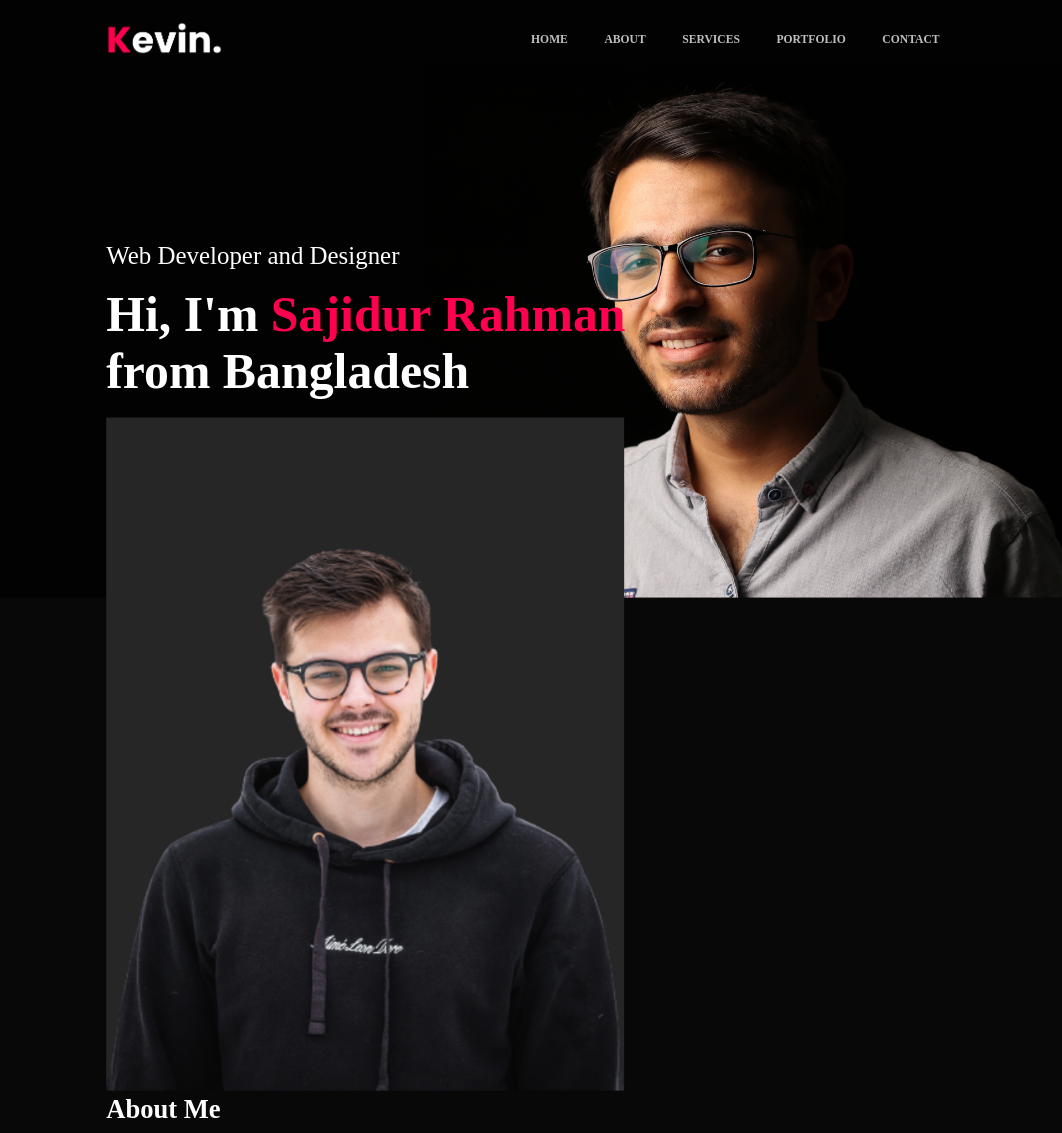
Repository: devsajid/Portfolio-website-with-HTML-CSS-JS
Page: index.html
An editor plug-in stored every save of this project. The page is shown before and after a run of saves, followed by the edit.
The browser window is 1280 px wide. The pictures show the whole page, at 83% of full size.

Above is the page before, as saved 2022-12-11 05:04:20.

After the next 8 saves:
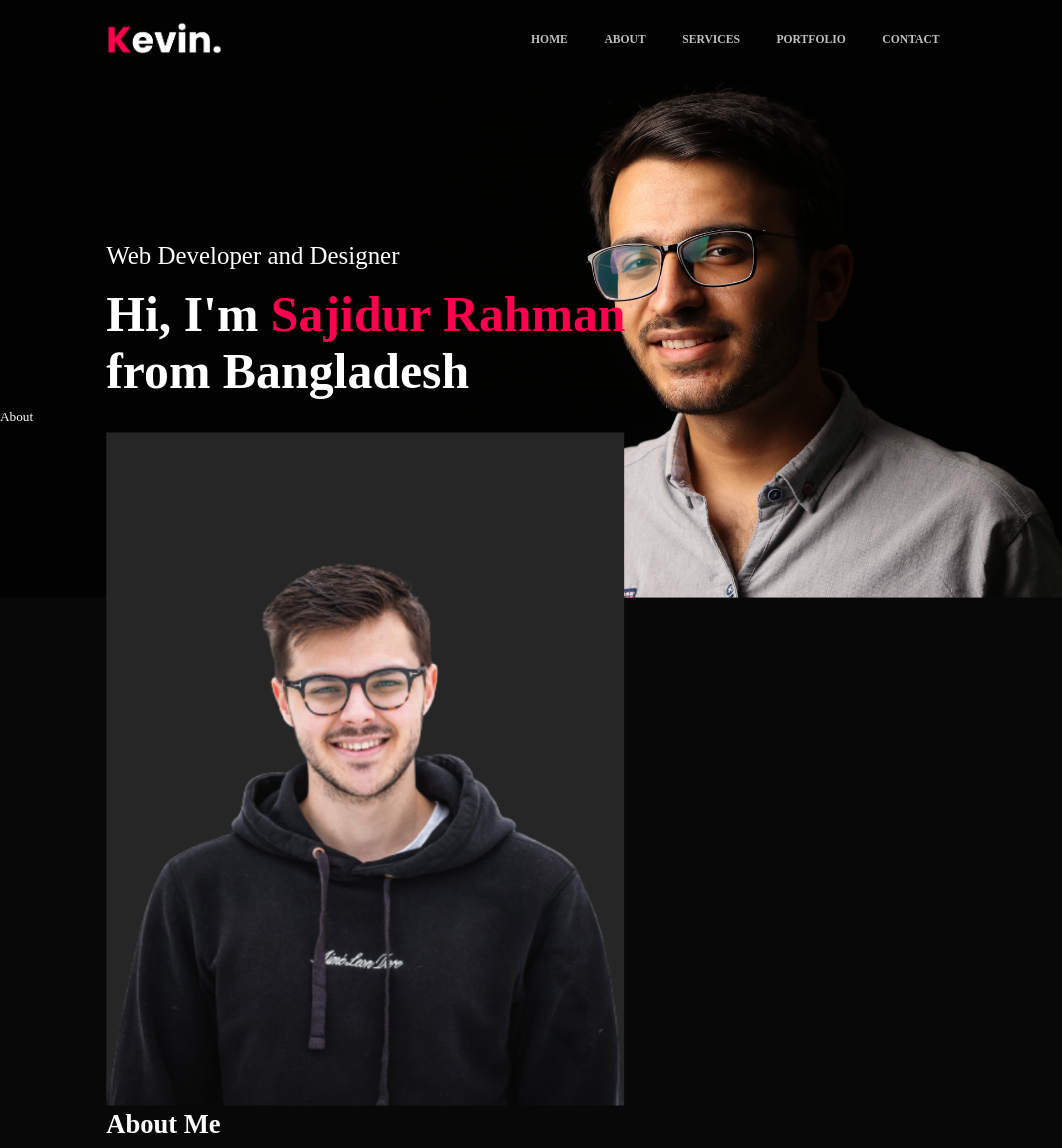
The 8 saves are shown as one change because they came seconds apart.
The last was saved 25 s later.
--- a/index.html
+++ b/index.html
@@ -28,6 +28,7 @@
           </h1>
         </div>
       </div>
+      About
       <div id="about">
         <div class="container">
           <div class="row">
